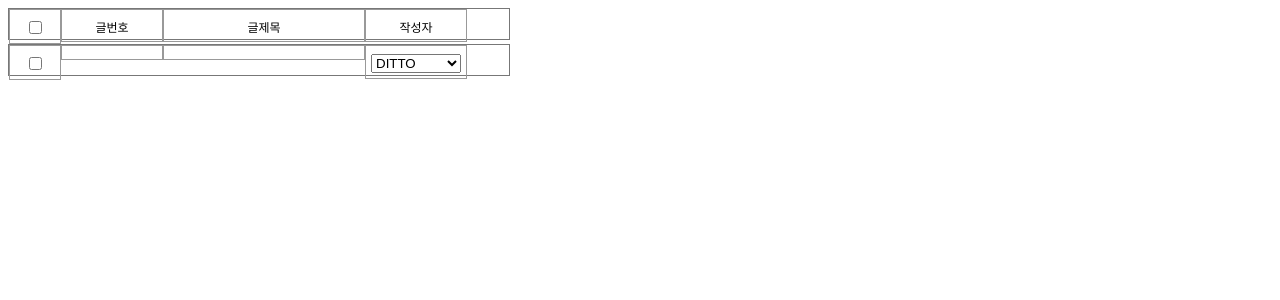
Repository: SniperDitto/save
Page: http://localhost/SpringBoard/html/boards.jsp
The author's editor kept a copy of each file at every save. The page is drawn from the files as they stood at one save, then again after the next save.
The browser window is 1280 px wide. The pictures show the whole page.
The page is served by Tomcat 9. Other server files are loaded and not shown.

Above is the page before, as saved 2022-05-26 00:24:43.

### 2022JAVA_YSH 1/JAVA/SpringBoard/SpringBoard/src/main/webapp/html/boards.jsp
<%@ page language="java" contentType="text/html; charset=UTF-8"
    pageEncoding="UTF-8"%>
<!DOCTYPE html>
<html>
<head>
<meta charset="UTF-8">
<title>Boards</title>
<style type="text/css">
	.bRow{
		width:500px;
		height:30px;
		border:1px solid #777;
		clear:both;
	}

	.col1{
		width:50px;
		font-size:12px;
		text-align:center;
		padding:8px 0px 5px 0px;
		border:1px solid #999;
		display:block;
		float:left;
	}
	.col2{
		width:100px;
		font-size:12px;
		text-align:center;
		padding:8px 0px 5px 0px;
		border:1px solid #999;
		display:block;
		float:left;
	}
	.col3{
		width:200px;
		font-size:12px;
		text-align:center;
		padding:8px 0px 5px 0px;
		border:1px solid #999;
		display:block;
		float:left;
	}
	.col4{
		width:100px;
		font-size:12px;
		text-align:center;
		padding:8px 0px 5px 0px;
		border:1px solid #999;
		display:block;
		float:left;
	}
</style>
</head>
<body><!-- 테스트용!!! -->
<div>

</div>
<div id="board">
	<div id="boardTitle" class="bRow">
		<span class="col1">
			<input type="checkbox"/>
		</span>
		<span class="col2">글번호</span>
		<span class="col3">글제목</span>
		<span class="col4">작성자</span>
	</div>
	<div id="boardRow" class="bRow">
		<span class="col1">
			<input type="checkbox"/>
		</span>
		<span class="col2"></span>
		<span class="col3"></span>
		<span class="col4">
			<select>
				<option value="USER01">DITTO</option>
				<option value="USER02">MARSH</option>
				<option value="USER03">WAN</option>
				<option value="USER04">METAMON</option>
				<option value="USER05">OCTO</option>
			</select>
		</span>
	</div>
</div>
</body>
</html>

After the next save:
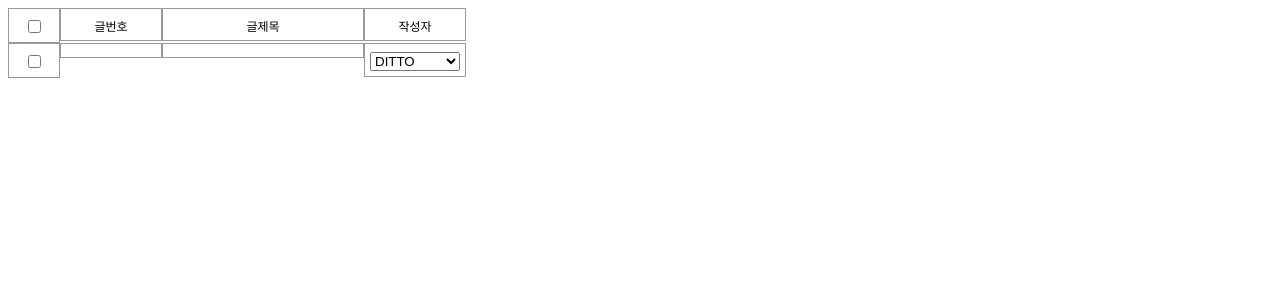
Saved 48 s later.
--- a/2022JAVA_YSH 1/JAVA/SpringBoard/SpringBoard/src/main/webapp/html/boards.jsp
+++ b/2022JAVA_YSH 1/JAVA/SpringBoard/SpringBoard/src/main/webapp/html/boards.jsp
@@ -7,9 +7,9 @@
 <title>Boards</title>
 <style type="text/css">
 	.bRow{
-		width:500px;
+		width:510px;
 		height:30px;
-		border:1px solid #777;
+		border:0px solid #777;
 		clear:both;
 	}
 
